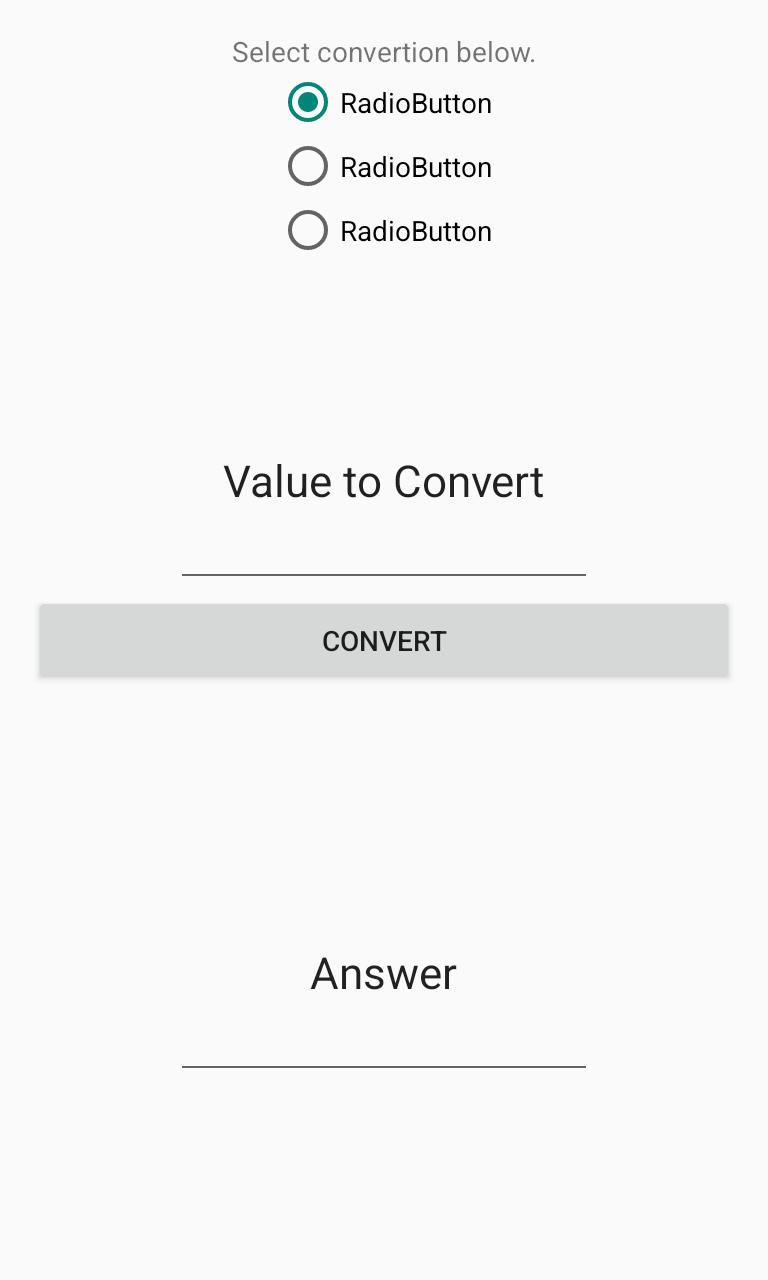
Repository: awayzo/6300Fall14Assignment4
Layout: UnitConvertor/res/layout/activity_currency.xml
An editor plug-in stored every save of this project. The layout is shown before and after the next save, followed by the edit.
It is drawn on a 768 x 1280 px phone screen (xhdpi) without system bars, with theme AppTheme; the app's code is not run.

Above is the layout before, as saved 2014-09-27 07:50:05.

After the next save:
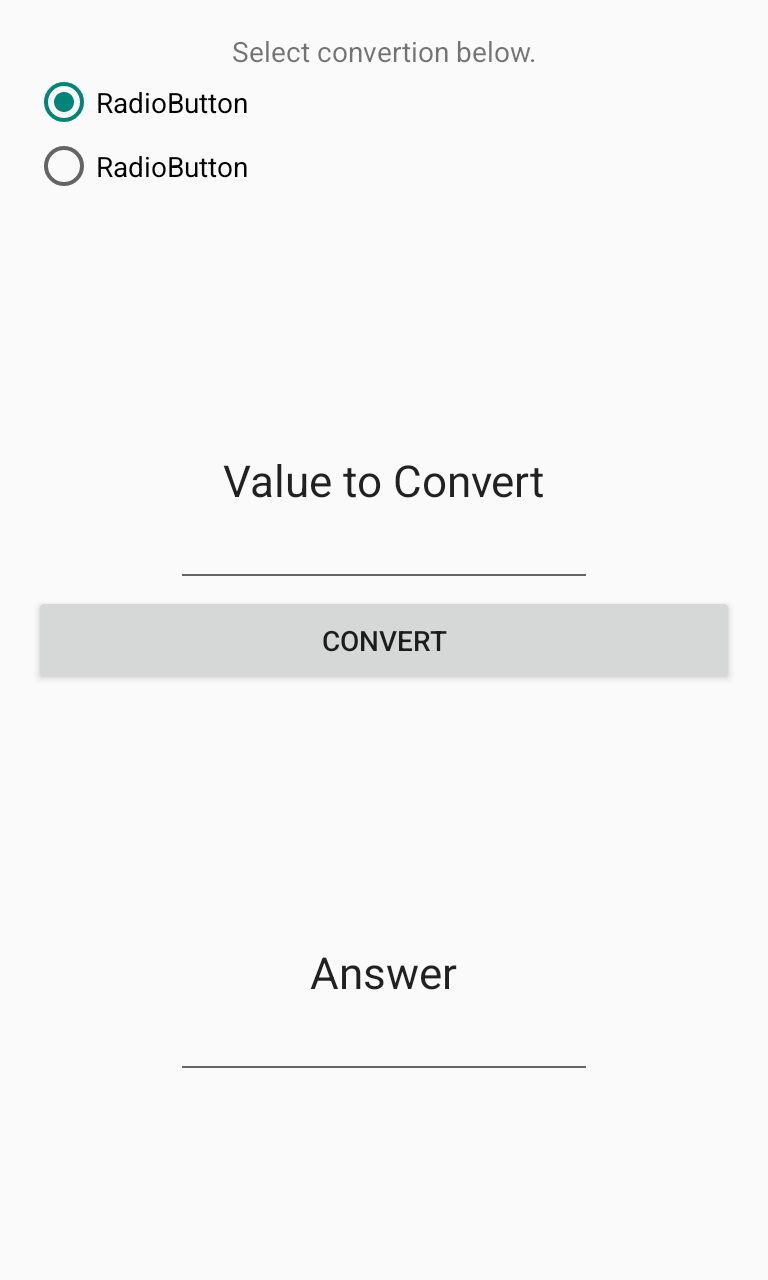
Saved 19 s later.
--- a/UnitConvertor/res/layout/activity_currency.xml
+++ b/UnitConvertor/res/layout/activity_currency.xml
@@ -62,7 +62,7 @@
 
     <RadioGroup
         android:id="@+id/radioGroupCurrency"
-        android:layout_width="wrap_content"
+        android:layout_width="match_parent"
         android:layout_height="wrap_content"
         android:layout_below="@+id/lblTitle_Currency"
         android:layout_centerHorizontal="true" >
@@ -79,12 +79,6 @@
             android:layout_width="wrap_content"
             android:layout_height="wrap_content"
             android:text="RadioButton" />
-
-        <RadioButton
-            android:id="@+id/radio2"
-            android:layout_width="wrap_content"
-            android:layout_height="wrap_content"
-            android:text="RadioButton" />
     </RadioGroup>
 
 </RelativeLayout>
